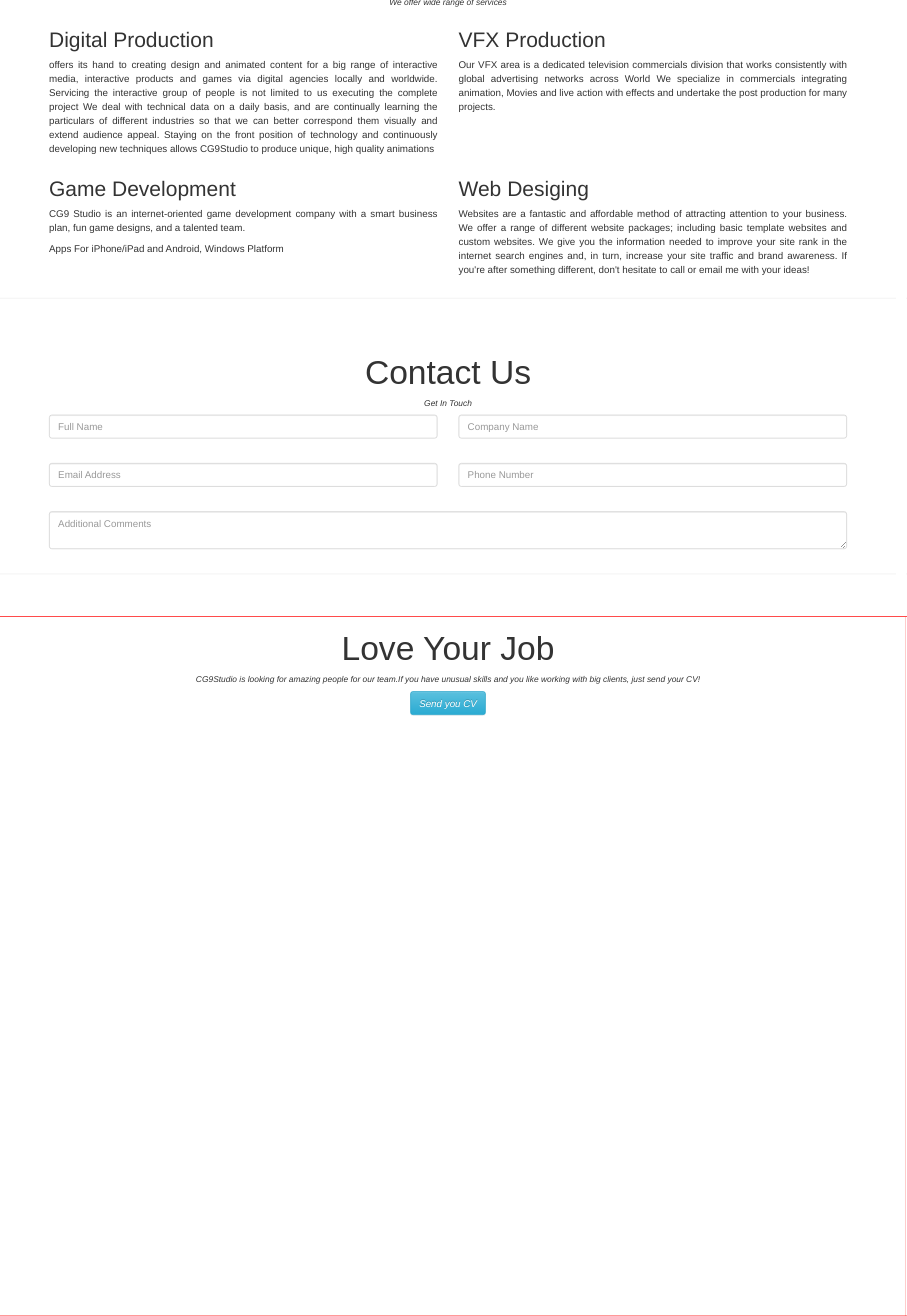
Repository: deepak6sp/BootstrapTheme1
Page: 9studio/WebContent/index.html
The author's editor kept a copy of each file at every save. The page is drawn from the files as they stood at one save, then again after the next save.
The browser window is 1280 px wide. The page is 1295 px wide, so the pictures cover 1295 px, including what lies to the right of the window. The pictures show the part of the page from y = 1499 to 3379 px (the page is 3379 px tall before and 2679 px after), at 70% of full size.
Some web libraries are served in a nearby version.

Above is the page before, as saved 2014-07-23 14:04:05.

After the next save:
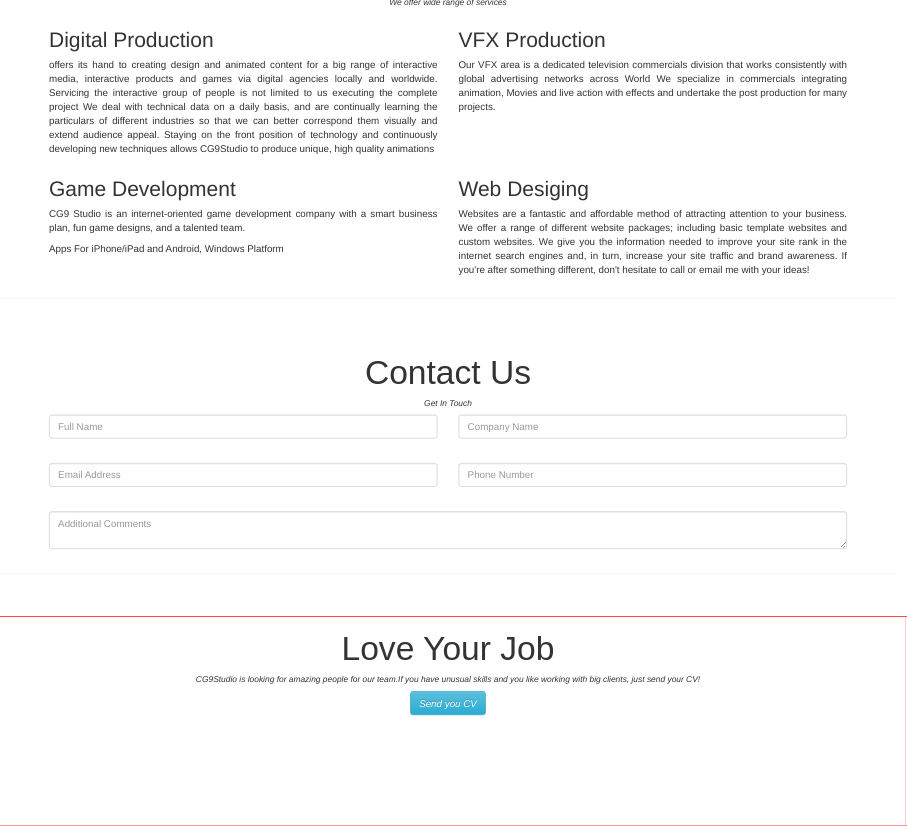
Saved 16 s later.
--- a/9studio/WebContent/index.html
+++ b/9studio/WebContent/index.html
@@ -162,7 +162,7 @@
 	<hr><br></br>
 		<section id="getjob">
 			<div id="container" >
-				<div class="row text-center" style="height:1000px; border:1px solid red;">
+				<div class="row text-center" style="height:300px; border:1px solid red;">
 					<h1 >Love Your Job</h1>
 					<h6 >CG9Studio is looking for amazing people for our team.If you have unusual skills and you like working with big clients, just send your CV!</h6>
 					<h6 ><button type="button" class="btn btn-info">Send you CV</button></h6>
